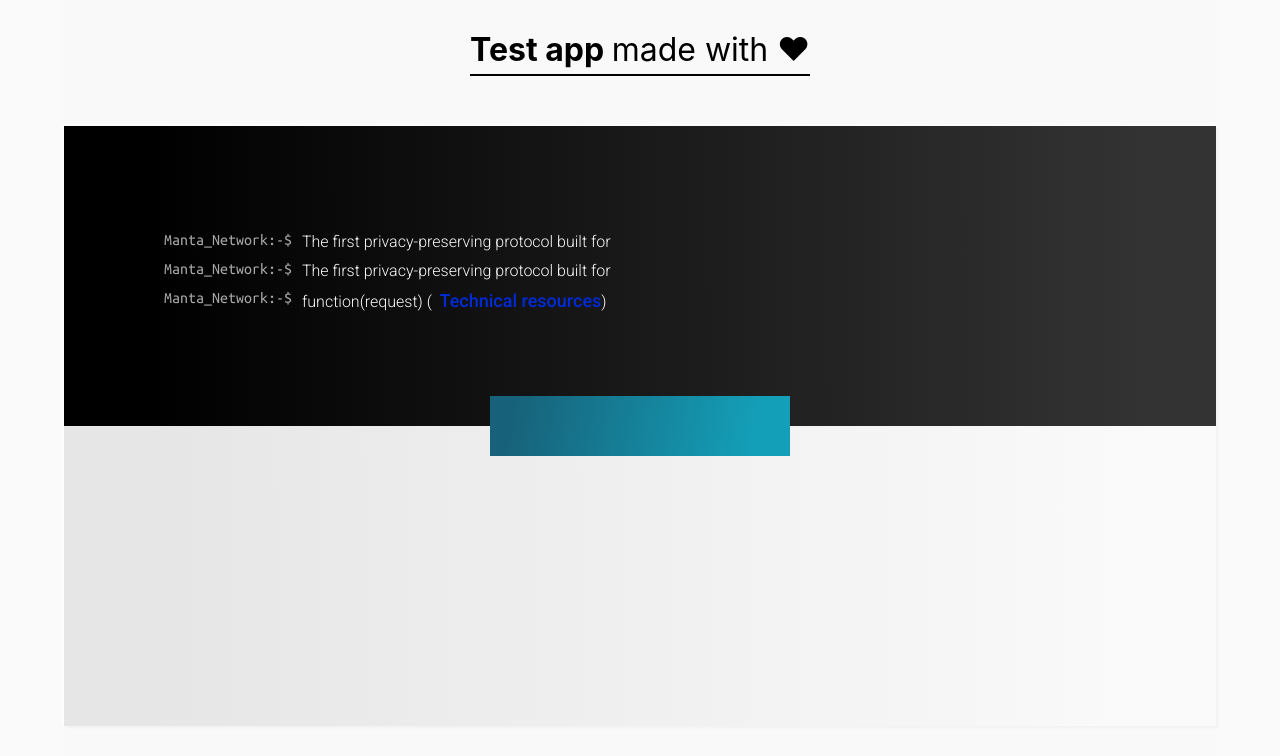
Repository: Khattak01/test-app
Page: /
An editor plug-in stored every save of this project. The page is shown before and after the next save, followed by the edit.
The browser window is 1280 px wide. The pictures show the whole page.
The project was rebuilt for these pictures with package versions that can differ from the ones it lists, and the page was loaded fresh each time.

Above is the page before, as saved 2021-05-12 08:24:57.

### public/index.html
<!DOCTYPE html>
<html lang="en">
  <head>
    <meta charset="utf-8" />
    <link rel="icon" href="%PUBLIC_URL%/favicon.ico" />
    <meta name="viewport" content="width=device-width, initial-scale=1" />
    <meta name="theme-color" content="#000000" />
    <meta
      name="description"
      content="Web site created using create-react-app"
    />
    <link rel="apple-touch-icon" href="%PUBLIC_URL%/logo192.png" />
    <!--
      manifest.json provides metadata used when your web app is installed on a
      user's mobile device or desktop. See https://developers.google.com/web/fundamentals/web-app-manifest/
    -->
    <link rel="manifest" href="%PUBLIC_URL%/manifest.json" />
    <!--
      Notice the use of %PUBLIC_URL% in the tags above.
      It will be replaced with the URL of the `public` folder during the build.
      Only files inside the `public` folder can be referenced from the HTML.

      Unlike "/favicon.ico" or "favicon.ico", "%PUBLIC_URL%/favicon.ico" will
      work correctly both with client-side routing and a non-root public URL.
      Learn how to configure a non-root public URL by running `npm run build`.
    -->
    <title>Test App</title>
  </head>
  <body>
    <noscript>You need to enable JavaScript to run this app.</noscript>
    <div id="root"></div>
    <!--
      This HTML file is a template.
      If you open it directly in the browser, you will see an empty page.

      You can add webfonts, meta tags, or analytics to this file.
      The build step will place the bundled scripts into the <body> tag.

      To begin the development, run `npm start` or `yarn start`.
      To create a production bundle, use `npm run build` or `yarn build`.
    -->
  </body>
</html>

### src/index.js
import React from 'react';
import ReactDOM from 'react-dom';
import './index.css';
import App from '../src/components/app/App';

ReactDOM.render(
  <React.StrictMode>
      <App />
  </React.StrictMode>,
  document.getElementById('root')
);

### src/index.css
*{
  margin: 0;
  padding: 0;
  box-sizing: border-box;
}
body {
  margin: 0;
  font-family: -apple-system, BlinkMacSystemFont, 'Segoe UI', 'Roboto', 'Oxygen',
    'Ubuntu', 'Cantarell', 'Fira Sans', 'Droid Sans', 'Helvetica Neue',
    sans-serif;
  -webkit-font-smoothing: antialiased;
  -moz-osx-font-smoothing: grayscale;
}

code {
  font-family: source-code-pro, Menlo, Monaco, Consolas, 'Courier New',
    monospace;
}

.container{
  width:90%;
  margin:auto auto;
  background-color: #f9f9f9;
  padding: 10px;
}

### src/components/app/App.js
import React from 'react'
import './App.css'
import Banner from '../banner/Banner'

const App = () => {
    return (
        <div className="app container">
            <h1>Test app <span style={{fontWeight:'lighter'}}> made with </span> &#10084;</h1>
            <Banner />
        </div>
    )
}

export default App

### src/components/app/App.css
@import url("https://fonts.googleapis.com/css2?family=Ubuntu+Mono:ital,wght@0,400;0,700;1,400&display=swap");
@import url("https://fonts.googleapis.com/css2?family=Roboto:ital,wght@0,300;0,400;0,500;0,700;1,300;1,400;1,500;1,700&display=swap");

body {
  background-color: #fafafa;
}
.app {
  padding: 30px 0;
  min-height: 100vh;
  text-align: center;
}
.app > h1 {
  display: inline-block;

  text-align: center;
  width: max-content;
  padding-bottom: 5px;
  border-bottom: 2px solid black;
  margin-bottom: 50px;
}

:root {
  --color-primary: linear-gradient(
    100.28537797494744deg,
    rgba(23, 98, 122, 1) 6.8671875%,
    rgba(23, 98, 122, 1) 8.216145833333332%,
    rgba(20, 159, 184, 1) 87.80468749999999%
  );

  --color-dark: linear-gradient(
    89.76211853375082deg,
    rgba(0, 0, 0, 1) 5.893229166666666%,
    rgba(0, 0, 0, 1) 7.356770833333332%,
    rgba(51, 51, 51, 1) 93.70572916666666%
  );

  --color-light: linear-gradient(
    89.76211853375082deg,
    rgba(230, 230, 230, 1) 5.893229166666666%,
    rgba(230, 230, 230, 1) 7.356770833333332%,
    rgba(250, 250, 250, 1) 93.70572916666666%
  );

  --font-heading: "Ubuntu Mono", monospace;
  --font-generic: "Roboto", sans-serif;
}

.heading{
  font-family:var(--font-heading);
  color: #a8a8a8;
  font-weight:500;
}
.text{
  font-family: var(--font-generic);
  color: #fafafa;
  font-weight:300;
}

### src/components/banner/Banner.js
import React from 'react'
import classes from './Banner.module.css'

import Box from '../../UI/box/Box'

const Banner = () => {

    return (
        <Box className={classes.banner}>
            {/* <h1>Test App</h1>
            <button className={classes.banner__btn}>Button</button> */}
            <div className={classes.banner__top}>
                <div className={classes.text_box}>
                    <h4 className="heading">Manta_Network:-$</h4>
                    <p className='text'>The first privacy-preserving protocol built for</p>
                </div>
                <div className={classes.text_box}>
                    <h4 className="heading">Manta_Network:-$</h4>
                    <p className='text'>The first privacy-preserving protocol built for</p>
                </div>
                <div className={classes.text_box}>
                    <h4 className="heading">Manta_Network:-$</h4>
                    <p className='text'>function(request) (&nbsp;&nbsp;<span style={{color:'#002bd9',fontSize:'18px',fontWeight:500}}>Technical resources</span>)</p>
                </div>
            </div>
            <div className={classes.banner__center}></div>
            <div className={classes.banner__bottom}></div>
        </Box>
    )
}

export default Banner

### src/components/banner/Banner.module.css
.banner {
  width: 100%;
  max-width: 80rem;
  /* border: 1px solid black; */
  margin: auto auto;
  /* padding: 20px; */
  position: relative;
}

.banner__top,.banner__bottom{
  min-height: 300px;
  width: 100%;
  background-color: red;
}
.text_box{
  display: flex;
  margin-bottom: 10px;
}
.text_box p{
  margin-left: 10px;
}
.banner__top{
  background-image: var(--color-dark);
  position: relative;

  display: flex;
  justify-content: center;
  flex-direction: column;
  padding-left: 100px;

}
.banner__center{
  position: absolute;
  top: 50%;
  left: 50%;
  transform: translate(-50%,-50%);

  background-image: var(--color-primary);
  width: 300px;
  height:60px
}
.banner__bottom{
  background-image: var(--color-light)
}



.banner__btn {
  margin: auto auto;
  width: 300px !important;
  display: flex;
  justify-content: center;
  align-items: center;
  /* background:#1AAB8A; */

  background-image: var(--color-primary);

  color: #fff;
  border: none;
  position: relative;
  height: 60px;
  font-size: 18px;
  padding: 0 20px;
  cursor: pointer;
  transition: 800ms ease all;
  outline: none;
}
.banner__btn:hover {
  background: #fff;
  color: #1aab8a;
}
.banner__btn:before,
.banner__btn:after {
  content: "";
  position: absolute;
  top: 0;
  right: 0;
  height: 2px;
  width: 0;
  background: #1aab8a;
  transition: 400ms ease all;
}
.banner__btn:after {
  right: inherit;
  top: inherit;
  left: 0;
  bottom: 0;
}
.banner__btn:hover:before,
.banner__btn:hover:after {
  width: 100%;
  transition: 800ms ease all;
}

### src/UI/box/Box.js

import React from 'react'
import classes from './Box.module.css'

const Box = (props) => {
    return (
        <div onClick={props.onClick} className={[classes.box,props.className].join(' ')}>
            {props.children}
        </div>
    )
}

export default Box

### src/UI/box/Box.module.css
.box {
  background-color: #ffffff;
  transition: all 0.25s cubic-bezier(0.86, 1.26, 0.59, 1.03);
  /* min-height: 1rem; */
  /* padding: 1rem; */
  /* border-radius: 1rem; */
  box-shadow: 2px 2px 2px #f2f2f2, -2px -1px 3px #ffffff;
}
.box:hover {
  /* transform: translateZ(0) scale(1.05); */
  backface-visibility: hidden;
}

After the next save:
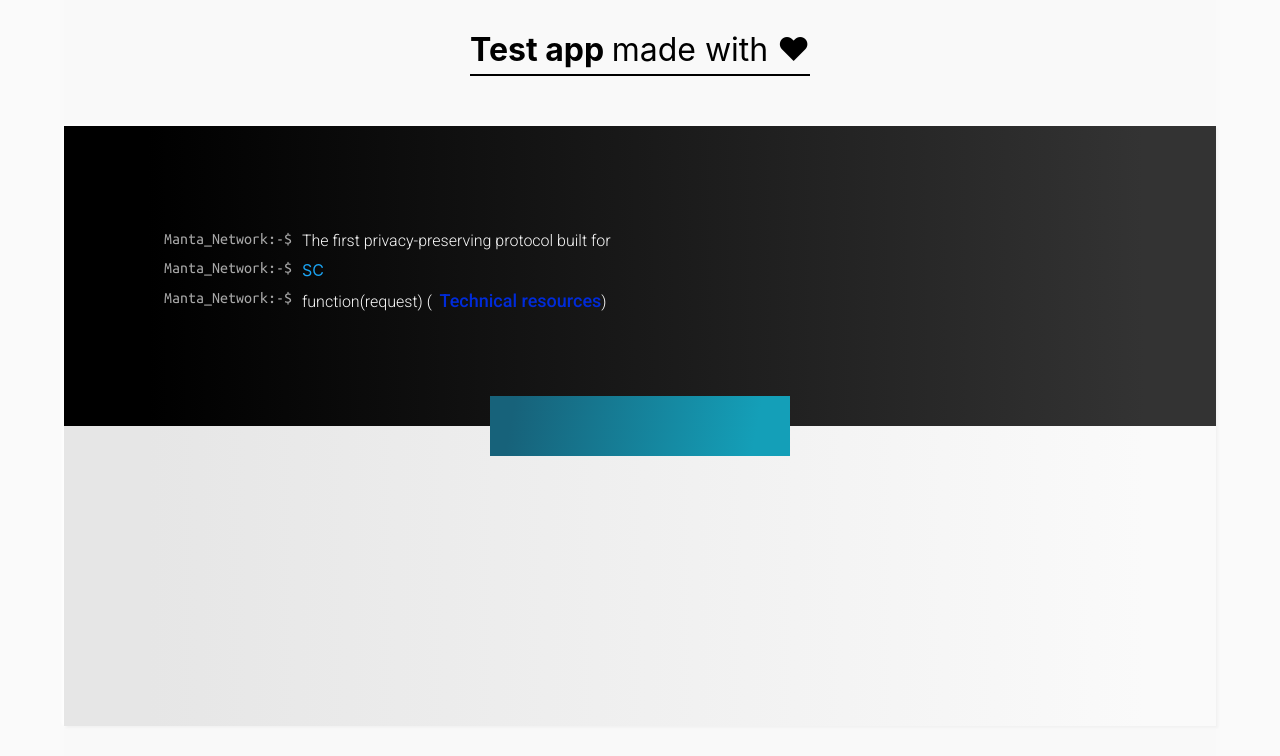
Saved 58 s later.
--- a/src/components/banner/Banner.js
+++ b/src/components/banner/Banner.js
@@ -16,7 +16,7 @@
                 </div>
                 <div className={classes.text_box}>
                     <h4 className="heading">Manta_Network:-$</h4>
-                    <p className='text'>The first privacy-preserving protocol built for</p>
+                    <p style={{color:'#1ba4f3'}}>SC</p>
                 </div>
                 <div className={classes.text_box}>
                     <h4 className="heading">Manta_Network:-$</h4>
